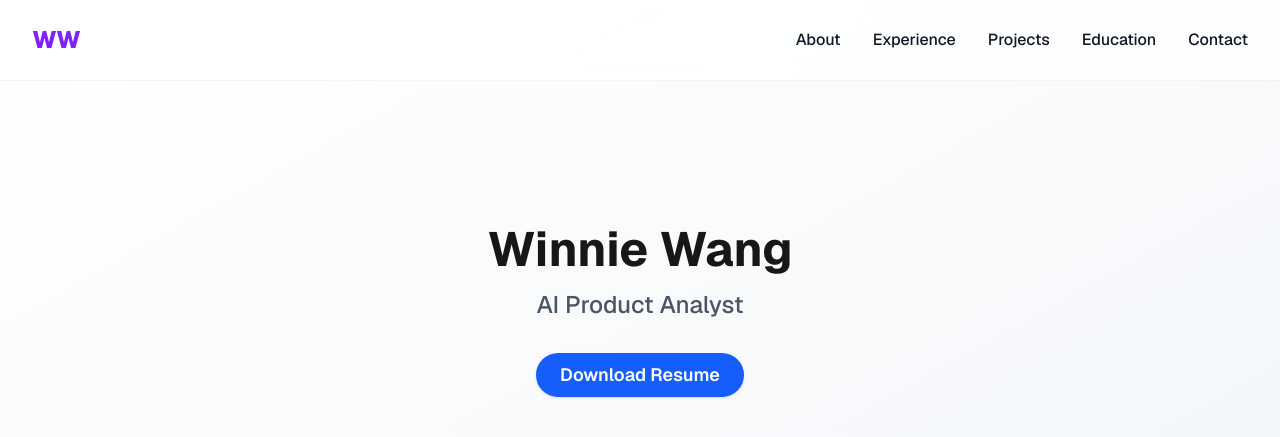
Repository: winniewyl/personal-portfolio
Page: /
The author's editor kept a copy of each file at every save. The page is drawn from the files as they stood at one save, then again after the next save.
The browser window is 1280 px wide. The pictures show the whole page.
The project was rebuilt for these pictures with package versions that can differ from the ones it lists, and the page was loaded fresh each time. The framework's server and built-in components were replaced by stand-ins that run in the browser. Also part of the build but not shown: next.config.ts.

Above is the page before, as saved 2025-07-22 11:32:24.

After the next save:
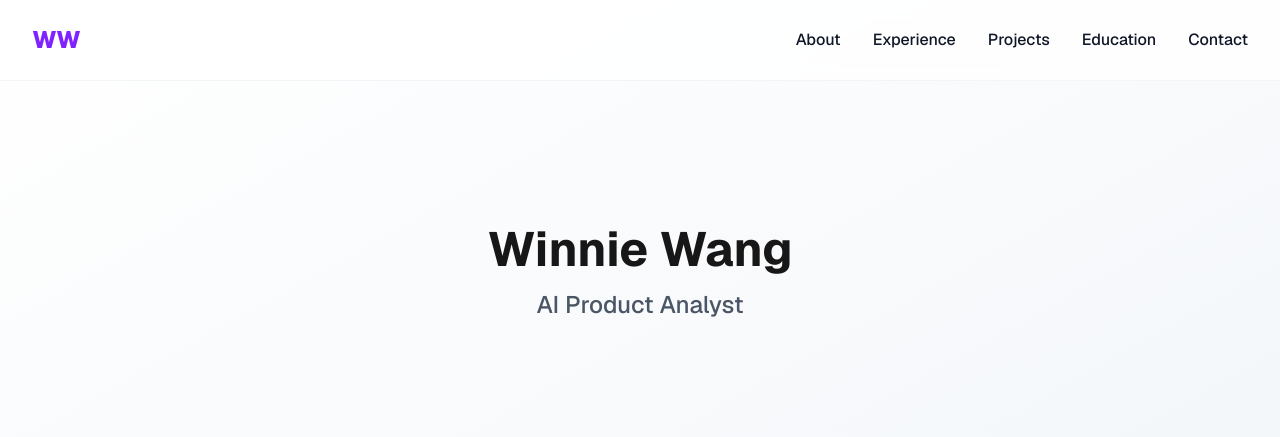
Saved 54 s later.
--- a/src/components/Hero.tsx
+++ b/src/components/Hero.tsx
@@ -3,22 +3,14 @@ import React from 'react';
 interface HeroProps {
   name: string;
   role: string;
-  resumeLink: string;
 }
 
-const Hero: React.FC<HeroProps> = ({ name, role, resumeLink }) => (
+const Hero: React.FC<HeroProps> = ({ name, role }) => (
   <section className="flex flex-col items-center justify-center gap-4 py-8 w-full">
     <h1 className="text-4xl sm:text-5xl font-bold text-center">{name}</h1>
     <h2 className="text-xl sm:text-2xl font-medium text-center text-gray-600 dark:text-gray-300">
       {role}
     </h2>
-    <a
-      href={resumeLink}
-      download
-      className="mt-4 inline-block rounded-full bg-blue-600 text-white px-6 py-2 font-semibold shadow hover:bg-blue-700 transition-colors text-base sm:text-lg"
-    >
-      Download Resume
-    </a>
   </section>
 );
 
